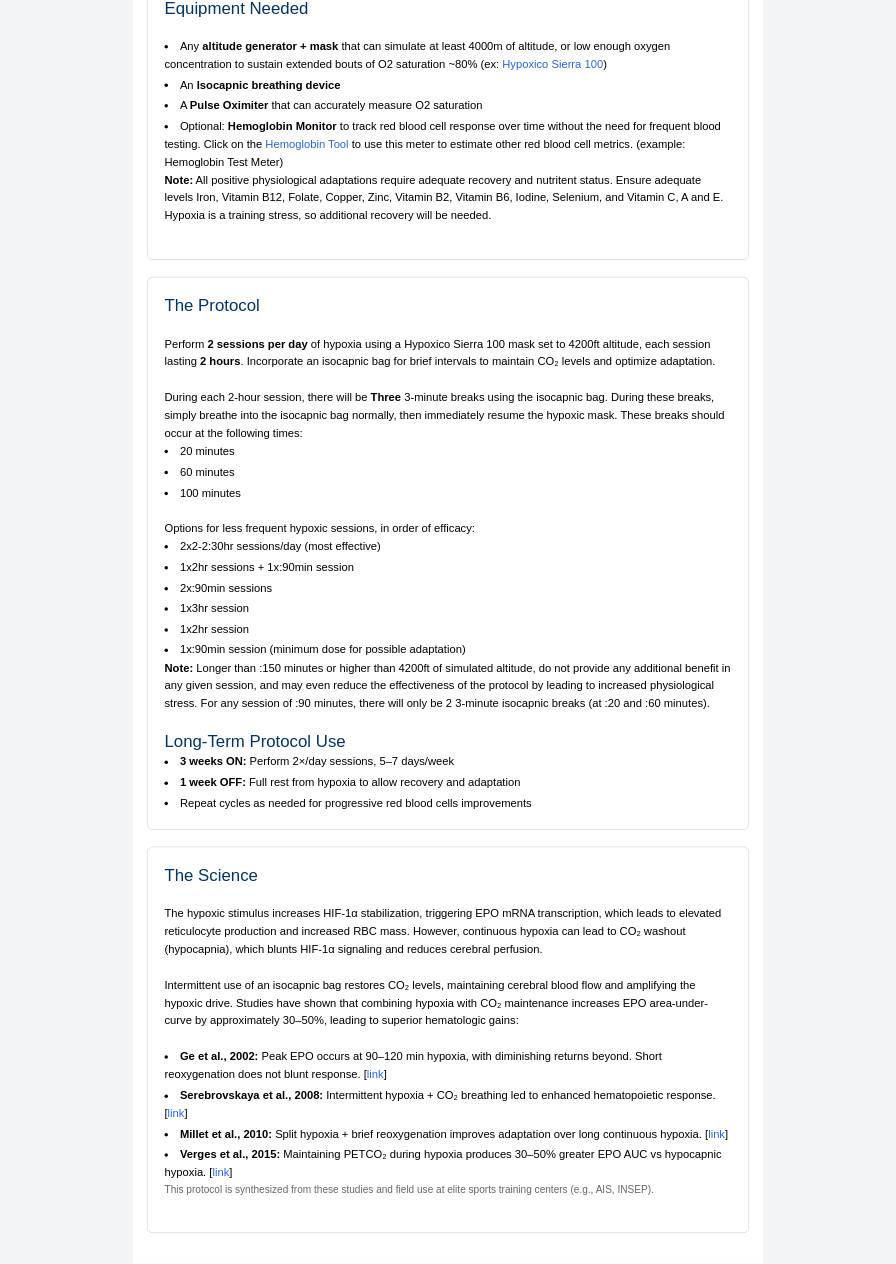
Repository: austenhughes1/hemoglobin_rbc_metrics
Page: hypoxia_protocol.html
An editor plug-in stored every save of this project. The page is shown before and after the next save, followed by the edit.
The browser window is 1280 px wide. The pictures show the part of the page from y = 899 to 2819 px (the page is 2704 px tall before and 2819 px after), at 70% of full size.
Some web libraries are served in a nearby version.

Above is the page before, as saved 2025-06-26 15:00:52.

After the next save:
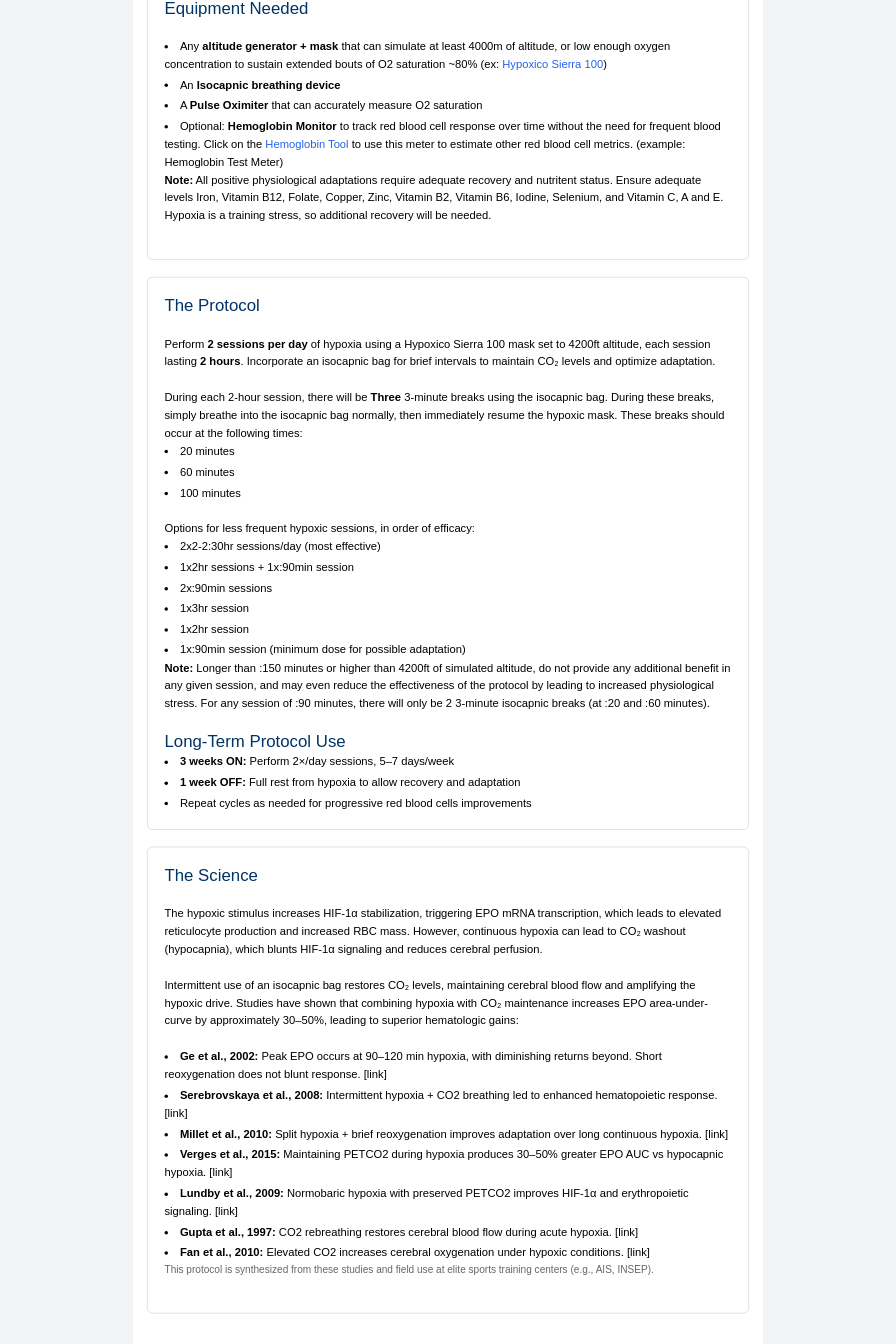
Saved 12 min 55 s later.
--- a/hypoxia_protocol.html
+++ b/hypoxia_protocol.html
@@ -137,10 +137,13 @@
         </p>
         <br>
         <ul class="list-disc list-inside space-y-1">
-        <li><strong>Ge et al., 2002:</strong> Peak EPO occurs at 90–120 min hypoxia, with diminishing returns beyond. Short reoxygenation does not blunt response. [<a class="text-blue-600 hover:underline" href="https://www.hypoxico.com/wp-content/uploads/2018/04/Determinants-of-erythropoietin-release-in-response-to-short-term-hypobaric-hypoxia.pdf" target="_blank">link</a>]</li>
-        <li><strong>Serebrovskaya et al., 2008:</strong> Intermittent hypoxia + CO₂ breathing led to enhanced hematopoietic response. [<a class="text-blue-600 hover:underline" href="https://pubmed.ncbi.nlm.nih.gov/18078855/" target="_blank">link</a>]</li>
-        <li><strong>Millet et al., 2010:</strong> Split hypoxia + brief reoxygenation improves adaptation over long continuous hypoxia. [<a class="text-blue-600 hover:underline" href="https://pubmed.ncbi.nlm.nih.gov/20092365/" target="_blank">link</a>]</li>
-        <li><strong>Verges et al., 2015:</strong> Maintaining PETCO₂ during hypoxia produces 30–50% greater EPO AUC vs hypocapnic hypoxia. [<a class="text-blue-600 hover:underline" href="https://pubmed.ncbi.nlm.nih.gov/26319812/" target="_blank">link</a>]</li>
+            <li><strong>Ge et al., 2002:</strong> Peak EPO occurs at 90–120 min hypoxia, with diminishing returns beyond. Short reoxygenation does not blunt response. [<a href="https://www.hypoxico.com/wp-content/uploads/2018/04/Determinants-of-erythropoietin-release-in-response-to-short-term-hypobaric-hypoxia.pdf" target="_blank">link</a>]</li>
+            <li><strong>Serebrovskaya et al., 2008:</strong> Intermittent hypoxia + CO2 breathing led to enhanced hematopoietic response. [<a href="https://pubmed.ncbi.nlm.nih.gov/18078855/" target="_blank">link</a>]</li>
+            <li><strong>Millet et al., 2010:</strong> Split hypoxia + brief reoxygenation improves adaptation over long continuous hypoxia. [<a href="https://pubmed.ncbi.nlm.nih.gov/20092365/" target="_blank">link</a>]</li>
+            <li><strong>Verges et al., 2015:</strong> Maintaining PETCO2 during hypoxia produces 30–50% greater EPO AUC vs hypocapnic hypoxia. [<a href="https://pubmed.ncbi.nlm.nih.gov/26319812/" target="_blank">link</a>]</li>
+            <li><strong>Lundby et al., 2009:</strong> Normobaric hypoxia with preserved PETCO2 improves HIF-1α and erythropoietic signaling. [<a href="https://pubmed.ncbi.nlm.nih.gov/19679742/" target="_blank">link</a>]</li>
+            <li><strong>Gupta et al., 1997:</strong> CO2 rebreathing restores cerebral blood flow during acute hypoxia. [<a href="https://pubmed.ncbi.nlm.nih.gov/9096307/" target="_blank">link</a>]</li>
+            <li><strong>Fan et al., 2010:</strong> Elevated CO2 increases cerebral oxygenation under hypoxic conditions. [<a href="https://pubmed.ncbi.nlm.nih.gov/19828899/" target="_blank">link</a>]</li>
         </ul>
 
         <p class="citation">
